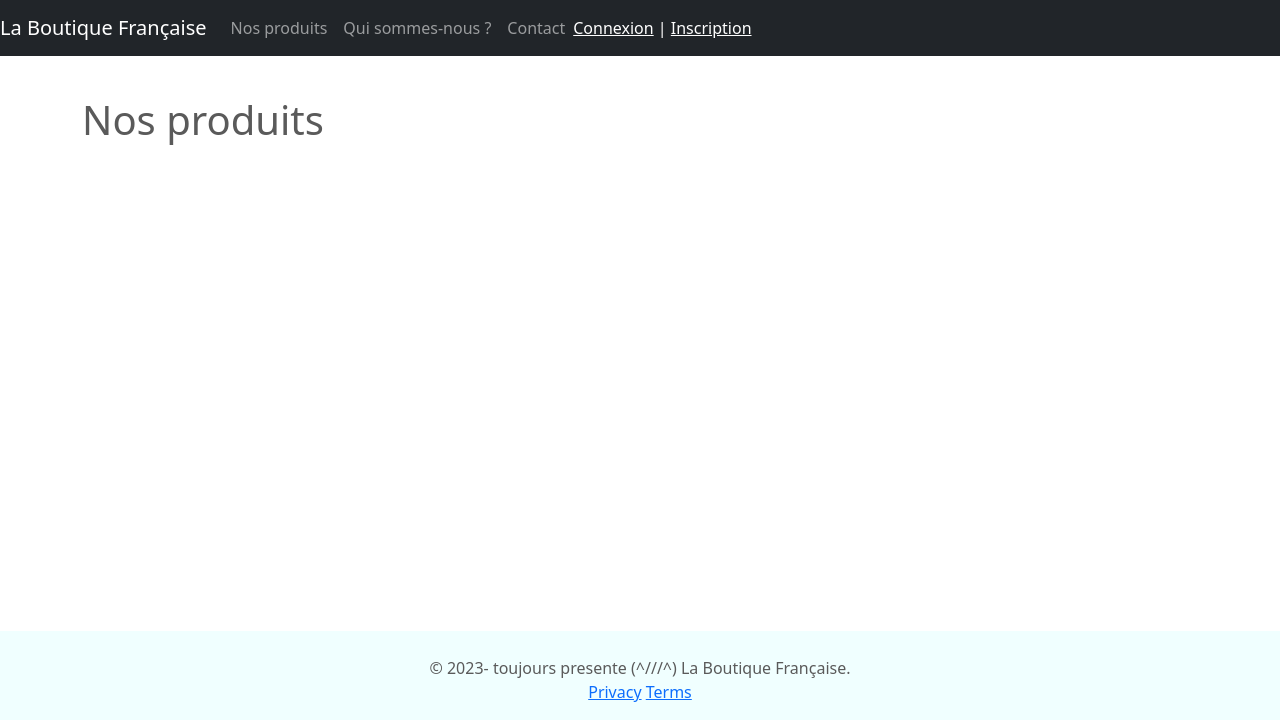
Repository: Coulibaly00180/laboutiquefrancaise
Page: templates/product/index.html.twig
These files come from the project's save history. The page is drawn as it stood at one moment and after the next save; the edit follows.
The browser window is 1280 px wide. The pictures show the whole page.
The page is a Twig template of a Symfony application; nobody is signed in and links lead nowhere. The template is opened directly, without the code that normally fills it, so the values that code supplies are empty.

Above is the page before, as saved 2023-03-05 13:17:44.

After the next save:
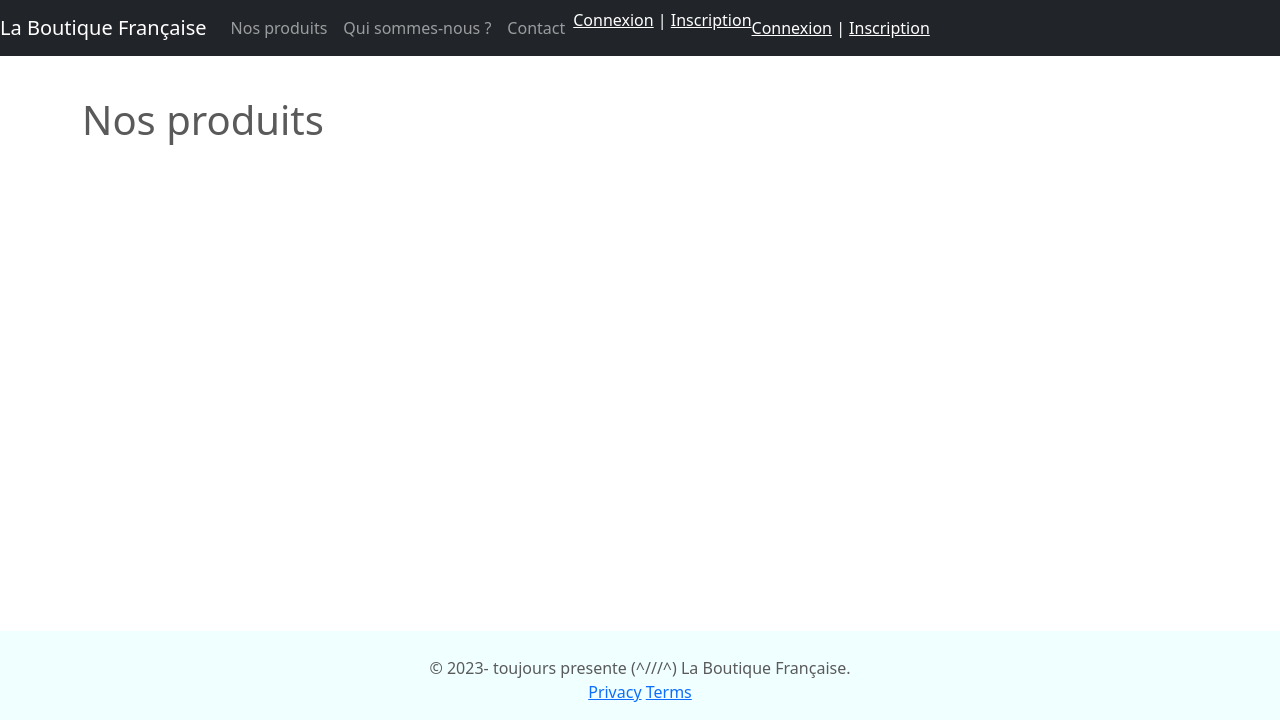
Saved 25 s later.
--- a/templates/base.html.twig
+++ b/templates/base.html.twig
@@ -49,6 +49,13 @@
                     <li class="nav-item">
                         <a class="nav-link" href="#">Contact</a>
                     </li>
+                    <div class="navbar-item-custom">
+                    {% if app.user %}
+                        <a href=" {{path('app_account') }}">Mon compte <small>( {{app.user.lastName}} )</small></a> | <a href=" {{ path('app_logout') }}">Déconnexion</a>
+                    {% else %}
+                        <a href=" {{ path('app_login') }}">Connexion</a> | <a href="{{ path('app_register') }}">Inscription</a>
+                    {% endif %}
+                </div>
                 </ul>
 
                 <div class="navbar-item-custom">

After the save that followed:
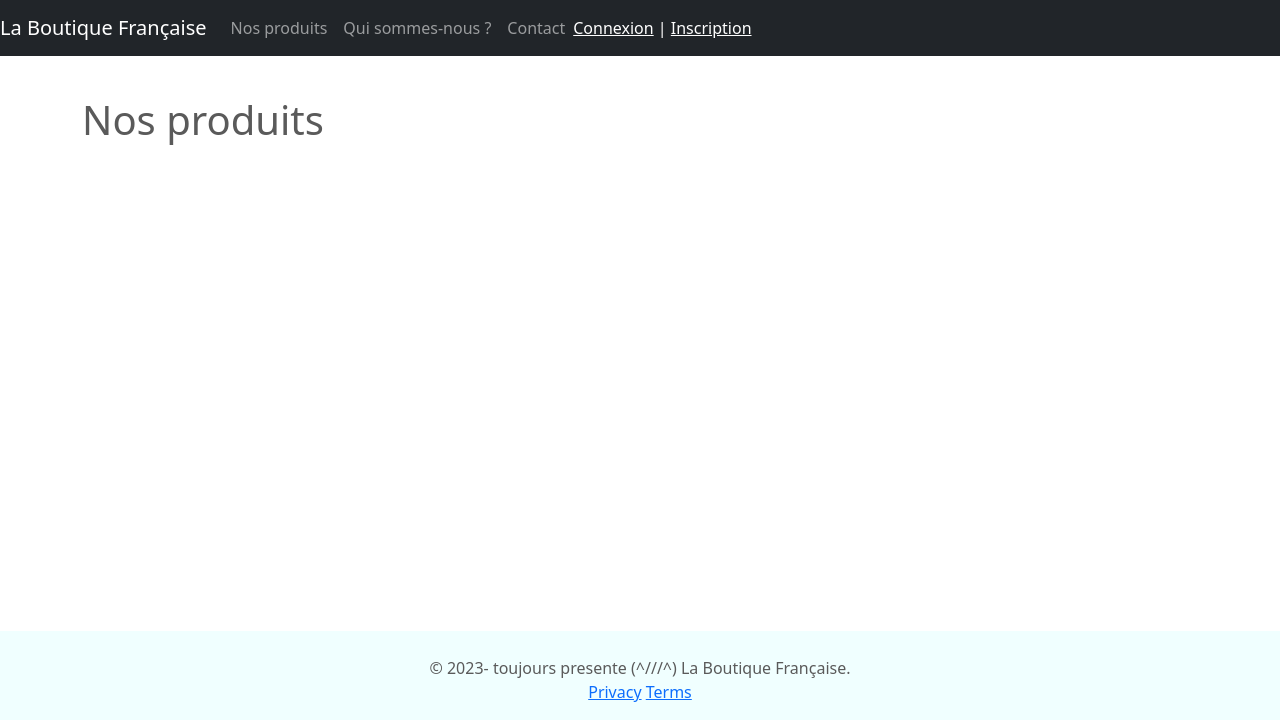
Saved 6 s later.
--- a/templates/base.html.twig
+++ b/templates/base.html.twig
@@ -49,13 +49,7 @@
                     <li class="nav-item">
                         <a class="nav-link" href="#">Contact</a>
                     </li>
-                    <div class="navbar-item-custom">
-                    {% if app.user %}
-                        <a href=" {{path('app_account') }}">Mon compte <small>( {{app.user.lastName}} )</small></a> | <a href=" {{ path('app_logout') }}">Déconnexion</a>
-                    {% else %}
-                        <a href=" {{ path('app_login') }}">Connexion</a> | <a href="{{ path('app_register') }}">Inscription</a>
-                    {% endif %}
-                </div>
+
                 </ul>
 
                 <div class="navbar-item-custom">
